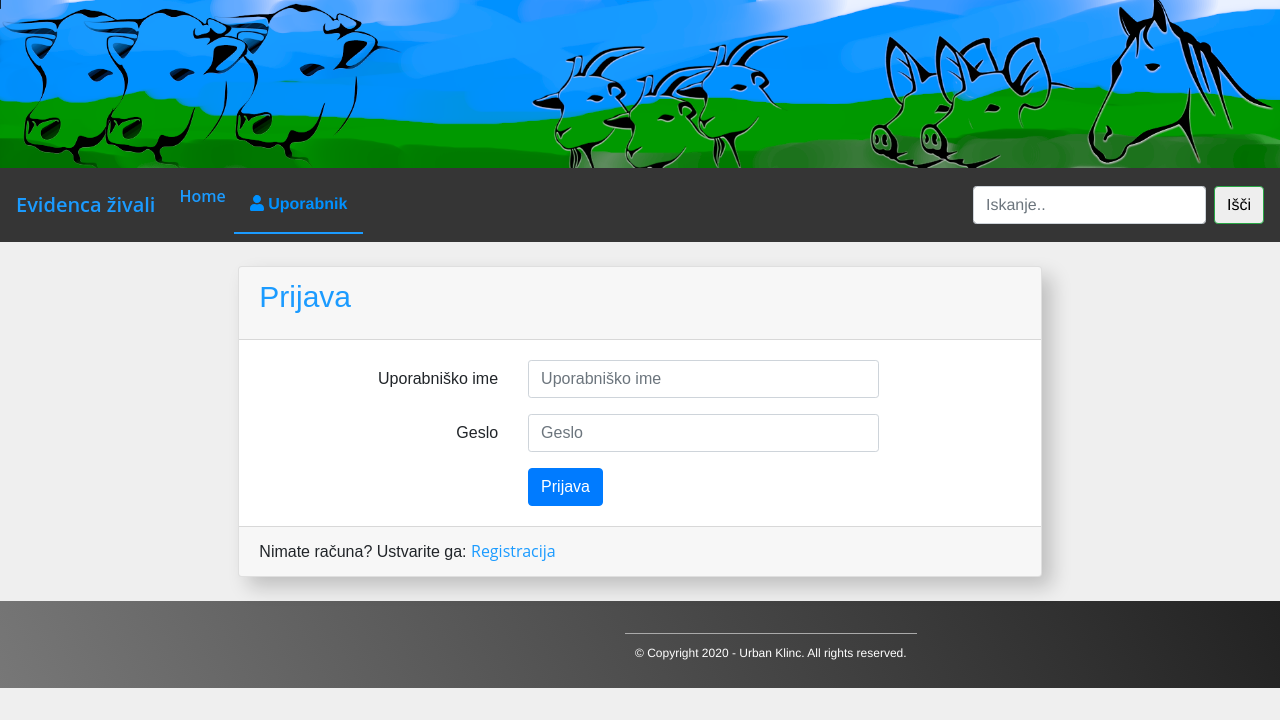
Repository: UrbyK/evidenca
Page: http://localhost/index.php?page=login
An editor plug-in stored every save of this project. The page is shown before and after the next save, followed by the edit.
The browser window is 1280 px wide. The pictures show the whole page.
Some web fonts or font styles are not loaded; a fallback is used. Some web libraries are served in a nearby version. The page is run by PHP 8.4 with error messages shown; the project is at /var/www/html/.

Above is the page before, as saved 2020-06-09 12:30:44.

### index.php
<?php

    include('./functions.php');
    $pdo = pdo_connect_mysql();

    $page = isset($_GET['page']) && file_exists($_GET['page']. '.php') ? $_GET['page'] : 'home';
    include($page . '.php');
?>

### functions.php
<?php
    session_start();
    include('./inc/dbh.inc.php');

function template_header($title){
    include_once('./header.php');
}

function template_footer(){
    include_once('./footer.php');
}

function get_animal($idanimal){
    $pdo = pdo_connect_mysql();
    $stmt = $pdo->prepare("SELECT * FROM animals WHERE idanimals = $idanimal");
    $stmt->execute();
    $result = $stmt->fetchAll(PDO::FETCH_ASSOC);
    foreach($result as $item):
        echo $item['ear_tag'] ." ".$item['name'];
    endforeach;
}

function is_admin() {
    if (isset($_SESSION['admin']) && ($_SESSION['admin'] == 1)) {
        return true;
    }
    else {
        return false;
    }
}


?>

### inc/dbh.inc.php
<?php
function pdo_connect_mysql(){
    /* credentials */
    $dbHost = 'localhost';
    $dbUser = 'root';
    $dbPass = '';
    $dbName = 'evidenca_zivali';

    try{
        return new PDO('mysql:host=' . $dbHost . ';dbname=' . $dbName . ';charset=utf8', $dbUser, $dbPass);
    } catch (PDOException $exception) {
    	// If there is an error with the connection, stop the script and display the error.
    	die ('Failed to connect to database!'. $exception->getMessage());
    }
}
?>

### login.php
<?=template_header("Login")?>

<div class="my-form">
    <div class="row justify-content-center">
        <div class="col-sm-8">
            <div class="card user-form">
                <div class="card-header">
                    <h1 class="card-title">Prijava</h1>
                </div>
                <div class="card-body">
                    <form method="post" action="./inc/login.inc.php" class="content">
                        <div class="form-group row">
                            <label class="col-md-4 col-form-label text-md-right" for="username">Uporabniško ime</label>
                            <div class="col-md-6">
                                <input type="text" class="form-control" name="username" id="username" placeholder="Uporabniško ime" required>
                            </div>
                        </div>
                        <div class="form-group row">
                            <label class="col-md-4 col-form-label text-md-right" for="password">Geslo</label>
                            <div class="col-md-6">
                                <input type="password" class="form-control" name="password" id="password" placeholder="Geslo" required>
                            </div>
                        </div>

                        <div class="col-md-6 offset-md-4">
                        <button type="submit" name="log_btn" class="btn btn-primary" value="Vpiši se">
                            Prijava
                            </button>
                        </div>

                    </form>
                </div>
                <div class="card-footer">
                    Nimate računa? Ustvarite ga: <a href="./index.php?page=register">Registracija</a>
                </div>
            </div>
        </div>
    </div>
</div>

<?=template_footer()?>

### header.php
<!DOCTYPE htmL>
<html>
    <head>
        <meta charset="utf-8" content="text/html">
        <meta name="viewport" content="width=device-width, initi">

    <!-- JAVASCRIPT -->
        <script src="https://cdnjs.cloudflare.com/ajax/libs/javascript.util/0.12.12/javascript.util.min.js"
        integrity="sha256-eiohPQlDytO6qQO+k+xX6LyVgfXcTzlPCy9t/VjceYo="
        crossorigin="anonymous"></script>

    <!-- JQuery -->
        <script src="https://code.jquery.com/jquery-3.5.1.js"
        integrity="sha256-QWo7LDvxbWT2tbbQ97B53yJnYU3WhH/C8ycbRAkjPDc="
        crossorigin="anonymous"></script>

    <!-- BOOTSTRAP -->
        <link href="https://stackpath.bootstrapcdn.com/bootstrap/4.5.0/css/bootstrap.min.css"
        rel="stylesheet" integrity="sha384-9aIt2nRpC12Uk9gS9baDl411NQApFmC26EwAOH8WgZl5MYYxFfc+NcPb1dKGj7Sk"
        crossorigin="anonymous">
        <script src="https://stackpath.bootstrapcdn.com/bootstrap/4.5.0/js/bootstrap.min.js"
        integrity="sha384-OgVRvuATP1z7JjHLkuOU7Xw704+h835Lr+6QL9UvYjZE3Ipu6Tp75j7Bh/kR0JKI"
        crossorigin="anonymous"></script>
        <script src="https://stackpath.bootstrapcdn.com/bootstrap/4.5.0/js/bootstrap.bundle.min.js"
        integrity="sha384-1CmrxMRARb6aLqgBO7yyAxTOQE2AKb9GfXnEo760AUcUmFx3ibVJJAzGytlQcNXd"
        crossorigin="anonymous"></script>

    <!-- FONT AWSEMOE -->
        <script src="https://cdnjs.cloudflare.com/ajax/libs/font-awesome/5.12.1/js/all.min.js"
        integrity="sha256-MAgcygDRahs+F/Nk5Vz387whB4kSK9NXlDN3w58LLq0=" crossorigin="anonymous"></script>

    <!-- CSS -->
        <link rel="stylesheet" href="./css/style.css">

    <!-- Active menu item -->
        <script src="./js/active-menu.js" crossorigin="anonymous"></script>

    </head>

    <body>
        <header>
            <div class="banner"><img src="./DB/img/animal-banner.png" alt="banner"><!--<img src="https://via.placeholder.com/1900x250" alt="banner">--></div>
        </header>

       <!-- <nav class="navbar sticky-top navbar-expand-lg navbar-light bg-light ">-->
        <nav class="navbar sticky-top navbar-expand-lg">
            <a class="navbar-brand" href="./index.php">Evidenca živali</a>
            <button class="navbar-toggler" type="button" data-toggle="collapse" data-target="#navbarSupportedContent" aria-controls="navbarSupportedContent" aria-expanded="false" aria-label="Toggle navigation">
                <span class="navbar-toggler-icon"></span>
            </button>

            <div class="collapse navbar-collapse" id="navbarSupportedContent">
                <ul class="navbar-nav mr-auto">

                    <li class="nav-item">
                        <a class="nav-link" href="./index.php">Home <span class="sr-only">(current)</span></a>
                    </li>
                    <?php if(isset($_SESSION['user_id']) && !empty($_SESSION['user_id'])): ?>
                    <li class="nav-item">
                        <div class="dropdown">
                            <button class="dropbtn">Živali</button>
                            <div class="dropdown-content">
                                <a class="nav-link" href="./index.php?page=animals">Vse živali</a>
                            </div>
                        </div>
                    </li>
                    <?php endif; ?>

                    <li class="nav-item">
                        <div class="dropdown">
                            <button class="dropbtn"><i class="fas fa-user"></i> Uporabnik</button>
                            <div class="dropdown-content">
                                <?php if(empty($_SESSION['user_id'])): ?>
                                    <a class="nav-link" href="./index.php?page=login" title="Login"><i class="fas fa-sign-in-alt"></i></i> Prijava</a>
                                    <a class="nav-link" href="./index.php?page=register" title="Register"><i class="fas fa-user-plus"></i> Registracija</a>
                                <?php endif; ?>
                                <?php if(isset($_SESSION['user_id']) && !empty($_SESSION['user_id'])): ?>
                                    <a class="nav-link" href="./index.php?page=profile" title="Profil"><i class="fas fa-address-card"></i> Profil</a>
                                    <a class="nav-link" href="./index.php?page=animal-add" title="Dodaj žival">Dodaj žival</a>
                                    <a class="nav-link" href="./index.php?page=logout" title="Logout"><i class="fas fa-sign-out-alt"></i> Izpis</a>
                                <?php endif; ?>
                            </div>
                        </div>
                    </li>
                </ul>

                <form method="GET" class="form-inline my-2 my-lg-0 search-area" action="./search.php">
                    <input class="form-control mr-sm-2" type="text" name="search" placeholder="Iskanje..">
                    <button class="btn btn-outline-success my-2 my-sm-0" name="search_btn" type="submit">Išči</button>
                </form>
            </div>
        </nav>

    <div class="container-fluid">

### footer.php
</div>  <!-- container-fluid -->

<footer class="flow-footer" role="contentinfo">

<div class="footer-wrapper">
  <div class="container container-footer">
    <div class="row">
      <!-- Column-->
      <div class="col-lg-6 col-md-6 col-sm-6 col-12">
        <div class="footer-pad">
        </div> <!-- footer-pad -->
      </div> <!-- col col-lg col-md col-sm -->
      <!-- Column end -->

      <!-- <div class=" col-12">

        <h4>Sledite nam!</h4>
        <ul class="social-network social-circle">
          <li><a href="https://www.facebook.com" target="_blank" class="icoFacebook" title="Facebook"><i class="fab fa-facebook-f"></i></a></li>
          <li><a href="https://www.linkedin.com" target="_blank" class="icoLinkedin" title="Linkedin"><i class="fab fa-linkedin-in"></i></a></li>
          <li><a href="https://www.youtube.com" target="_blank" class="icoYoutube" title="Youtube"><i class="fab fa-youtube"></i></a></li>
          <li><a href="https://twitter.com" target="_blank" class="icoTwitter" title="Twitter"><i class="fab fa-twitter"></i></a></li>
        </ul>
      </div>  footer-pad
    </div> col col-lg col-md col-sm -->

  <div class="row">
    <div class="col-12 copy">
      <p class="text-center">&copy; Copyright 2020 - Urban Klinc.  All rights reserved.</p>
    </div>
  </div> <!-- row -->

  </div> <!-- container -->
</div><!-- footer-wrapper -->

</footer>

### css/style.css
@import url('http://fonts.googleapis.com/css?family=Oxygen+Mono');
@import url('https://fonts.googleapis.com/css?family=Damion|Neucha|Pacifico|Yellowtail&display=swap');
@import url('https://fonts.googleapis.com/css?family=Raleway:300,400,600');

* {
    text-decoration: none;
}

body{
    padding: 0;
    margin: 0 auto;
    font-size: 16px;
    font-family: 'Josefin Slab', Helvetica, Palatino, Verdana, sans-serif;
    background-color: #efefef;
}

a{
    color: #1b9bff;
    font-family: "Open Sans", Helvetica, sans-serif;

}

h1, h2, h3, h4, h5, h6{
    color: #1b9bff;
    font-family: 'Oxygen Mono', Tahoma, Arial, sans-serif;
/*font-family: 'Oxygen Mono', Tahoma, Arial, sans-serif;*/
}

h1{
    font-size: 30px;
}

h2{
    font-size: 26px;
}

h3{
    font-size: 22px;
}

h4{
    font-size: 18px;
}

h5{
    font-size: 14px;
}

h6{
    font-size: 10px;
}

/* ========= HEADER ======== */

/*Banner*/
header .banner{
    max-width: 100%;
    max-height: 250px;
    min-height: 50px;
    height: auto;
    position: relative;
    top: 0px;
    margin: 0 auto;
/*background-image: url(../img/animals-2222007_1920.jpg);*/
}

header .banner img{
    max-width: 100%;
    width: 100%;
    max-height: 250px;
    min-height: 50px;
    height: auto;
    position: relative;
    top: 0px;
    margin: 0 auto;
}

/* hide banner */
@media all and (max-width: 800px){
.banner{
    display: none;
    }
}

/* NAVBAR */

.navbar {
    background-color: #353535;
    color: #0091ff;
    font-weight: 600;
}

.active {
    border-bottom: 2px solid #1b9bff;
}

.navbar button {
    background-color: #eee;
    color: #010101;
    font-weight: 550;
}

.navbar button i {
    margin: auto;
}
.navbar .dropdown .dropbtn{
    background-color: inherit;
    color: inherit;
    font: inherit;
}

/* to override the existing css for "a" tag */
.navbar .active a {
    color: #fff;
}

#navbarToggler ul li {
    border-right: 1px solid #eee;
}

#navbarToggler ul li:last-child {
    border-right: none;
}

/* shoping cart icon */
.link-icons {
    display: flex;
    flex-grow: 1;
    flex-basis: 0;
    justify-content: flex-end;
    align-items: center;
    position: relative;
    max-width: 50px;
}
.link-icons a {
    text-decoration: none;
    color: #63748e;
    padding: 0 10px;
}
.link-icons a:hover {
    color: #8e97a5;
}
.link-icons a i {
    font-size: 18px;
}
.link-icons a span {
    display: inline-block;
    text-align: center;
    background-color: #63748e;
    border-radius: 50%;
    color: #FFFFFF;
    font-size: 12px;
    line-height: 16px;
    width: 16px;
    height: 16px;
    font-weight: bold;
    position: absolute;
    top: 22px;
    right: 0;
}

/* HOVER DROPDOWN */
.dropbtn {
    color: inherit;
    padding: 16px;
    font-size: 16px;
    border: none;
}

.dropbtn:hover {
    color: inherit;
}

/* The container <div> - needed to position the dropdown content */
.dropdown {
    position: relative;
    display: inline-block;
}

/* Dropdown Content (Hidden by Default) */
.dropdown-content {
    display: none;
    position: absolute;
    background-color: #757575;
    min-width: 160px;
    box-shadow: 0px 8px 16px 0px rgba(0,0,0,0.2);
    z-index: 1;
}

/* Links inside the dropdown */
.dropdown-content a {
    color: #fff;
    padding: 12px 16px;
    text-decoration: none;
    display: block;
}

/* Change color of dropdown links on hover */
.dropdown-content a:hover {
    background-color: #009900;
    color: #111;
}

/* Show the dropdown menu on hover */
.dropdown:hover .dropdown-content {
    display: block;
}

/* Change the background color of the dropdown button when the dropdown content is shown */
.dropdown:hover .dropbtn {
    background-color: #1b9bff;
    color: #fff;
}

/* FOOTER */
footer {
    background: #535355;
    background: -webkit-linear-gradient(63deg, #777777, #222222);
    background: linear-gradient(63deg, #777777, #222222);
    color: white;
    }

footer a {
    color: #fefefe;
    font-size: 14px;
    transition-duration: 0.2s;
}

footer a:hover {
    color: #1b9bff;
    text-decoration: none;
}

.copy {
    font-size: 12px;
    padding: 10px;
    border-top: 1px solid #aaa;
}

.footer-wrapper {
    padding-top: 2em;
    color: white;
}



/*SOCIAL ICONS*/
/* footer social icons */

ul.social-network {
    list-style: none;
    display: inline;
    margin-left: 0 !important;
    padding: 0;
}

ul.social-network li {
    display: inline;
    margin: 0 5px;
}


/* footer social icons */

.social-network a.icoFacebook:hover {
background-color: #3B5998;
}

.social-network a.icoLinkedin:hover {
background-color: #007bb7;
}

.social-network a.icoYoutube:hover {
    background-color: #FF0000;
}

.social-network a.icoTwitter:hover {
    background-color: #00aced;
}

.social-network a.icoFacebook:hover i,
.social-network a.icoLinkedin:hover i,
.social-network a.icoYoutube:hover i,
.social-network a.icoTwitter:hover i{
    color: #fff;
}

.social-network a.socialIcon:hover,
.socialHoverClass {
    color: #44BCDD;
}

.social-circle li a {
    display: inline-block;
    position: relative;
    margin: 0 auto 0 auto;
    -moz-border-radius: 50%;
    -webkit-border-radius: 50%;
    border-radius: 50%;
    text-align: center;
    width: 30px;
    height: 30px;
    font-size: 18px;
    color: #353535;
}

.social-circle li i {
    margin: 0;
    line-height: 30px;
    text-align: center;
}

.social-circle li a:hover {
    -moz-transform: rotate(360deg);
    -webkit-transform: rotate(360deg);
    -ms--transform: rotate(360deg);
    transform: rotate(360deg);
    -webkit-transition: all 0.6s;
    -moz-transition: all 0.6s;
    -o-transition: all 0.6s;
    -ms-transition: all 0.6s;
    transition: all 0.6s;
    color: #fff;
}

.social-circle i {
    color: #353535;
    -webkit-transition: all 0.8s;
    -moz-transition: all 0.8s;
    -o-transition: all 0.8s;
    -ms-transition: all 0.8s;
    transition: all 0.8s;
}
/* backgounf of icons when displayed */
.social-network a {
    background-color: #f9f9f9;
}


/* FORMS */
input{
    border: 1px solid #ced4da;
    border-radius: .20rem;
    transition: border-color .15s ease-in-out, box-shadow .15s ease-in-out;
}

/* LOGIN && REGISTRATION FORMS */

.my-form
{
    padding-top: 1.5rem;
    padding-bottom: 1.5rem;
    font-family: Raleway, sans-serif;
}

.my-form h1{
    font-family: inherit;
}

.my-form .row
{
    margin-left: 0;
    margin-right: 0;
}

.form-control{
    border: 1px solid #ced4da;
    border-radius: .20rem;
    transition: border-color .15s ease-in-out, box-shadow .15s ease-in-out;
}
.card {
    box-shadow: 10px 10px 20px rgba(0,0,0,0.2);
}

/* HOVER BOX */

.hvrbox,
.hvrbox * {
  box-sizing: border-box;
}

.hvrbox {
  position: relative;
  display: inline-block;
  overflow: hidden;

  height: 100%;
  width: auto;
  margin-top: 5%;
  padding-bottom: 10px;

  border-bottom: 1px dashed #aaa;
}

.hvrbox img {
  max-width: 100%;
  margin: auto;
}

.hvrbox .hvrbox-layer_bottom {
  display: block;
}

.hvrbox .hvrbox-layer_top {
  opacity: 0;
  position: absolute;
  top: 0;
  left: 0;
  right: 0;
  bottom: 0;
  width: 100%;
  height: 100%;
  background: rgba(0, 0, 0, 0.6);
  color: #fff;
  padding: 15px;
  -moz-transition: all 0.5s ease-in-out 0s;
  -webkit-transition: all 0.5s ease-in-out 0s;
  -ms-transition: all 0.5s ease-in-out 0s;
  transition: all 0.5s ease-in-out 0s;
}

.hvrbox:hover .hvrbox-layer_top,
.hvrbox.active .hvrbox-layer_top {
  opacity: 1;
  height: 100%;
}

.hvrbox .hvrbox-text {
  text-align: center;
  font-size: 17px;
  display: inline-block;
  position: absolute;
  top: 50%;
  left: 50%;
  -moz-transform: translate(-50%, -50%);
  -webkit-transform: translate(-50%, -50%);
  -ms-transform: translate(-50%, -50%);
  transform: translate(-50%, -50%);
}

.hvrbox .hvrbox-text_mobile {
  font-size: 15px;
  border-top: 1px solid rgb(179, 179, 179); /* for old browsers */
  border-top: 1px solid rgba(179, 179, 179, 0.7);
  margin-top: 5px;
  padding-top: 2px;
  display: none;
}

.hvrbox.active .hvrbox-text_mobile {
  display: block;
}

.hvrbox .hvrbox-layer_slideup {
  -moz-transform: translateY(100%);
  -webkit-transform: translateY(100%);
  -ms-transform: translateY(100%);
  transform: translateY(100%);
}

.hvrbox:hover .hvrbox-layer_slideup,
.hvrbox.active .hvrbox-layer_slideup {
  -moz-transform: translateY(0);
  -webkit-transform: translateY(0);
  -ms-transform: translateY(0);
  transform: translateY(0);
}

.hvrbox:hover .price{
  color: #fff;
  -moz-transition: color 0.8s ease 0s;
  -webkit-transition: color 0.8s ease 0s;
  -ms-transition: color 0.8s ease 0s;
  transition: color 0.8s ease 0s;
}

.btn-container{
    max-width: 300px;
    margin: 10px auto;
    text-align: center;
  }

  .btn.active, .btn:active {
    background: #cecece;
    text-decoration: none;
}

/* ANIMAL SHOW */
.animal-table{
    margin: 5px;
}
.animal-table table{
    width: 100%;
}

.animal-table table th{
    font-size: 20px;
    font-weight: 600;
}

.animal-table table,
.animal-table table tr td,
.animal-table table tr th{
    margin: 15px auto 0 auto;
    border: 2px solid #353535;
    box-shadow: 0 0 0 3px hsl(0, 0%, 70%);
    max-height: 150px;
}

.animal-table table td{
    min-width: 100px;
    max-height: 150px;

}


.animal-table{
	display: flex;
    padding: 15px 25px 15px 0px;
}

.animal img{
  max-width: 100%;
  margin: 0 auto;
  border: 2px solid #aaa;
  border-radius: 10px;
  align-content: center;
}

.animal-info{
  margin: auto 0;
  padding-right: 5%;
  padding-bottom: 55px;
  background-color: #efefef;
}

.animal-info h1 {
	font-size: 34px;
	font-weight: normal;
	margin: 0;
  padding: 20px 0 10px 0;
  color: #1b9bff;
  font-family:  'Franklin Gothic Medium', 'Arial Narrow', Arial, sans-serif;
}

.home-row{
    height: 60vh;
}

.home-card{
    margin: auto;
}

.table tr td{
    font-size: 18px;
    font-weight: 800;
}
.controls{
    margin-top: 10px;
}


.comments{
    margin-left: 25px;
    max-width: 750px;
}

.comments .card{
    width: 100%;
}

textarea#styled {
    max-width: 600px;
    width: 400px;
	height: 120px;
	border: 3px solid #cccccc;
	padding: 5px;
	font-family: Tahoma, sans-serif;
	background-image: url(bg.gif);
	background-position: bottom right;
	background-repeat: no-repeat;
}

/* COMMENTS */
.row .acomment{
    border: 1px solid #353535;
    box-shadow: 0px 8px 16px 0px rgba(0,0,0,0.2);
}
.checked{
    color: #009900;
}

### js/active-menu.js
$(function(){
    // this will get the full URL at the address bar
    var url = window.location.href;

    // passes on every "a" tag
    $(".navbar a").each(function() {
            // checks if its the same on the address bar
        if(url == (this.href)) {
            $(this).closest("li").addClass("active");
        }
    });
});

After the next save:
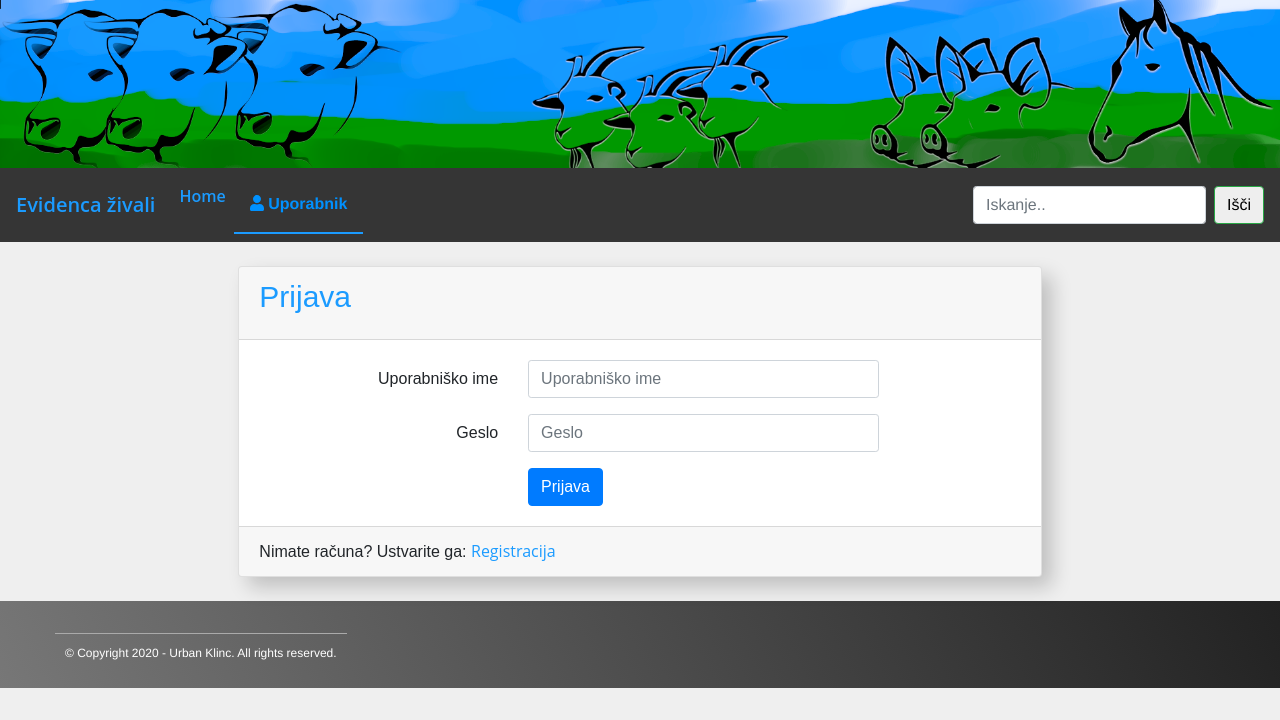
Saved 14 s later.
--- a/footer.php
+++ b/footer.php
@@ -6,10 +6,10 @@
   <div class="container container-footer">
     <div class="row">
       <!-- Column-->
-      <div class="col-lg-6 col-md-6 col-sm-6 col-12">
+      <!-- <div class="col-lg-6 col-md-6 col-sm-6 col-12">
         <div class="footer-pad">
-        </div> <!-- footer-pad -->
-      </div> <!-- col col-lg col-md col-sm -->
+        </div>  footer-pad
+      </div> col col-lg col-md col-sm -->
       <!-- Column end -->
 
       <!-- <div class=" col-12">
